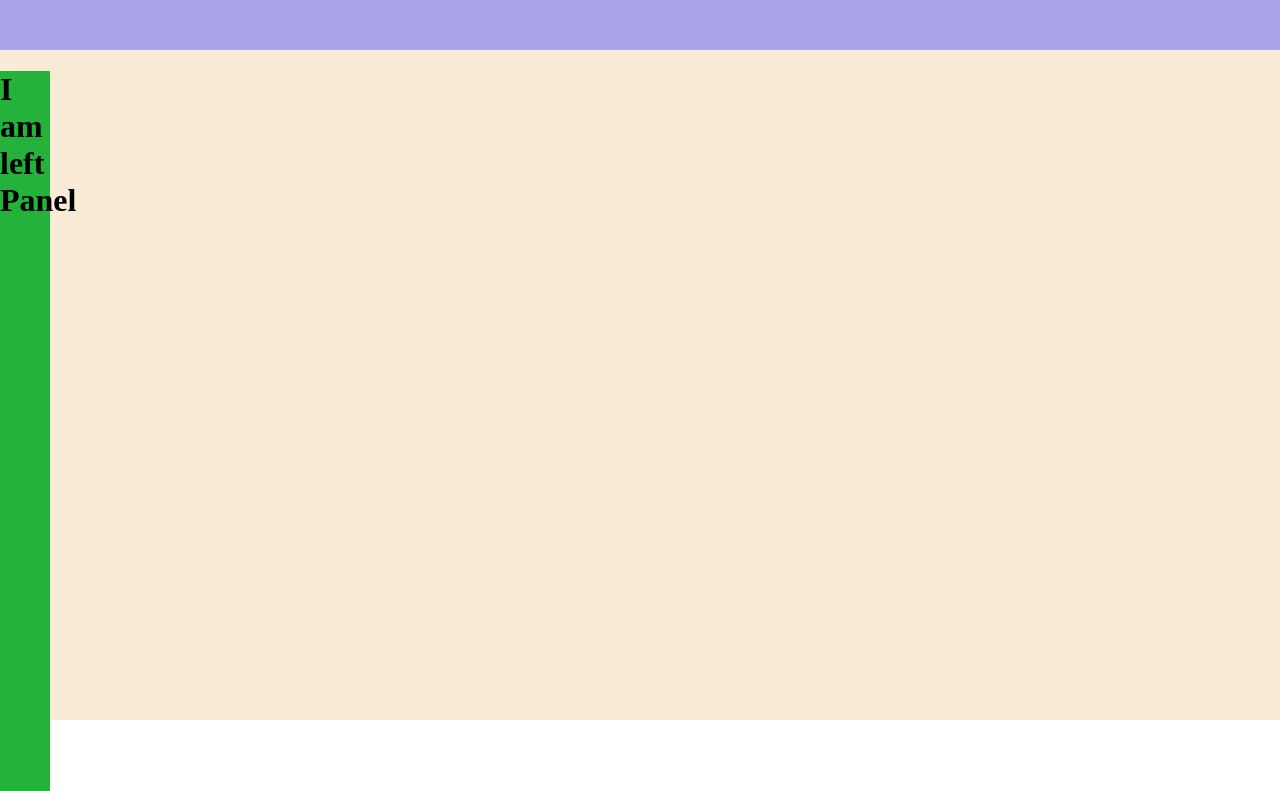
Repository: purnimapatel/fish-world
Page: index.html
The author's editor kept a copy of each file at every save. The page is drawn from the files as they stood at one save, then again after the next save.
The browser window is 1280 px wide. The pictures show the whole page.

Above is the page before, as saved 2024-08-25 10:54:04.

### index.html
<!DOCTYPE html>
<html lang="en">
<head>
    <meta charset="UTF-8">
    <meta name="viewport" content="width=device-width, initial-scale=1.0">
    <title>Document</title>
    <link  rel = "stylesheet" type = "text/css" href = "style.css"/>

    <!-- <link rel="stylesheet" type="text/css" href="styles.css"> -->

</head>
<body>
    <div class=" container">
        <div class = "navbar"></div>
        <div class ="leftPanel">
            <h1>I am left Panel</h1>
        </div>
        <div class = "mainBody"></div>
    </div>

</body>
</html>

### style.css
body{
   margin: 0;
   padding:0;
   display: flex;
   height:100vh;
   align-items: center;
   justify-content: center;
}
.container{
    height: 100vh;
    width:100vw;
    background-color:antiquewhite;

}
.navbar{
    width:100vw;
    height:50px;
    background-color:rgb(169, 164, 231);

}
.leftPanel{
    width:50px;
    height:100vh;
    background-color:rgb(37, 178, 58);
}

After the next save:
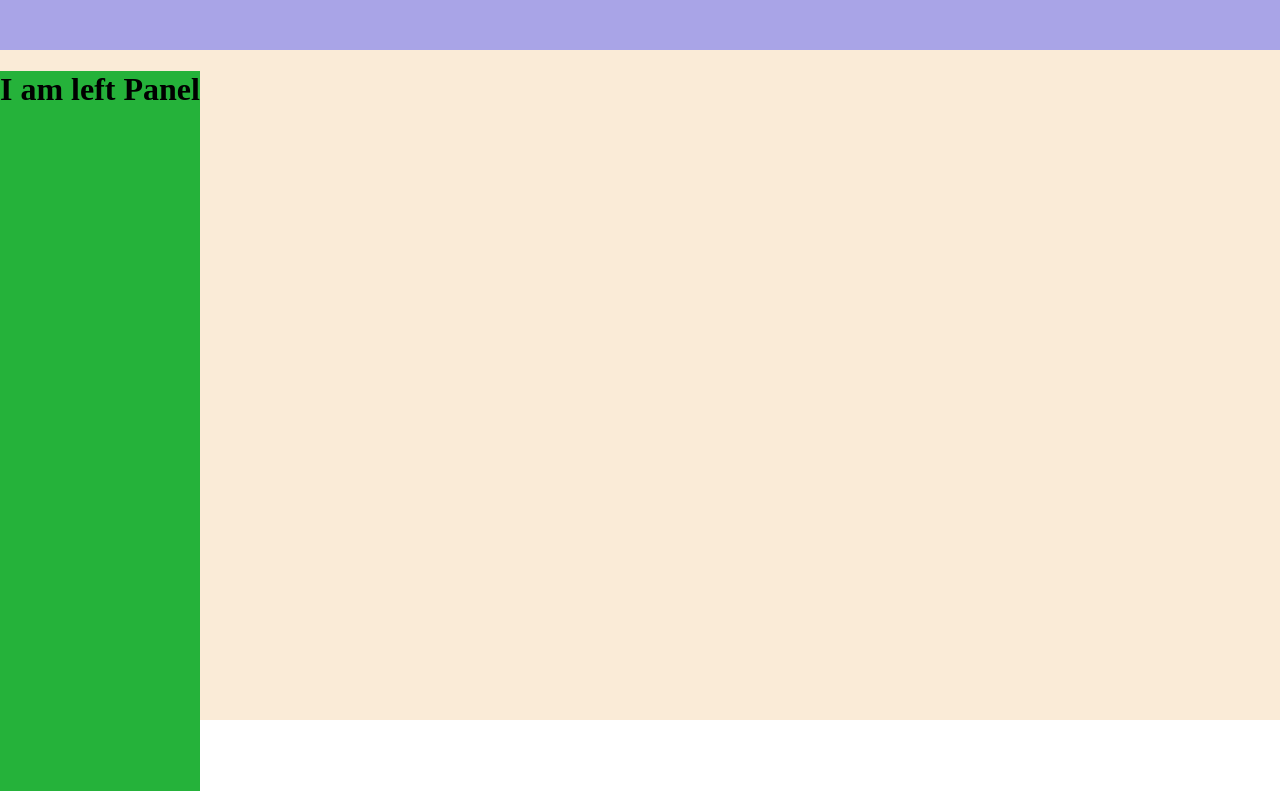
Saved 28 s later.
--- a/style.css
+++ b/style.css
@@ -19,7 +19,7 @@ body{
 
 }
 .leftPanel{
-    width:50px;
+    width:200px;
     height:100vh;
     background-color:rgb(37, 178, 58);
 }
